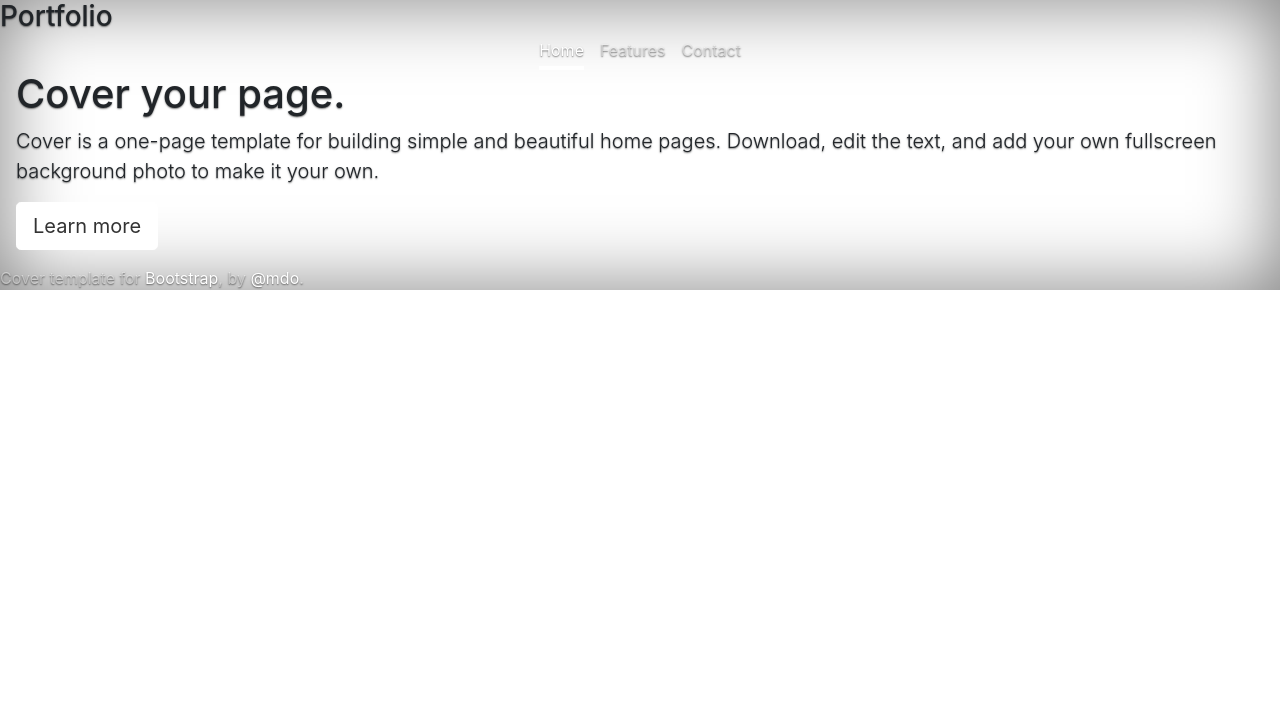
Repository: Shlahla48/zaio-bootstrap-portfolio
Page: index.html
The author's editor kept a copy of each file at every save. The page is drawn from the files as they stood at one save, then again after the next save.
The browser window is 1280 px wide. The pictures show the whole page.

Above is the page before, as saved 2022-10-10 13:53:28.

After the next save:
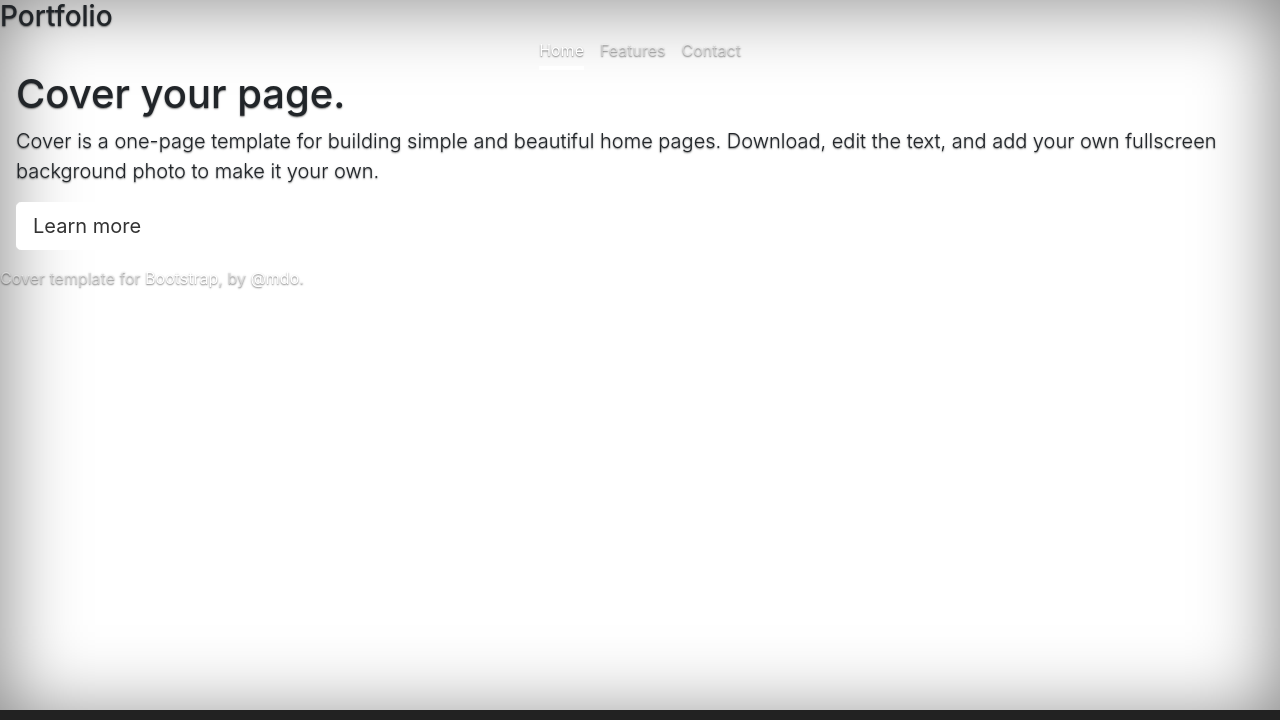
Not found: assets/bgimage.jpg
Saved 13 min 54 s later.
--- a/cover.css
+++ b/cover.css
@@ -19,6 +19,26 @@
 body {
   text-shadow: 0 .05rem .1rem rgba(0, 0, 0, .5);
   box-shadow: inset 0 0 5rem rgba(0, 0, 0, .5);
+}
+
+.banner-wrap {
+  background-image: url(./assets/bgimage.jpg);
+  background-size: cover;
+  background-repeat: no-repeat;
+  background-position: center;
+  height: 100vh;
+  border-bottom: 10px solid #222222;
+  position: relative;
+z-index: 1;
+}
+.overlay {
+ z-index: -1;
+  height: 100%;
+  width: 100%;
+  background: black;
+  opacity: 60%;
+  position: absolute;
+  top: 0;
 }
 
 .cover-container {

After the save that followed:
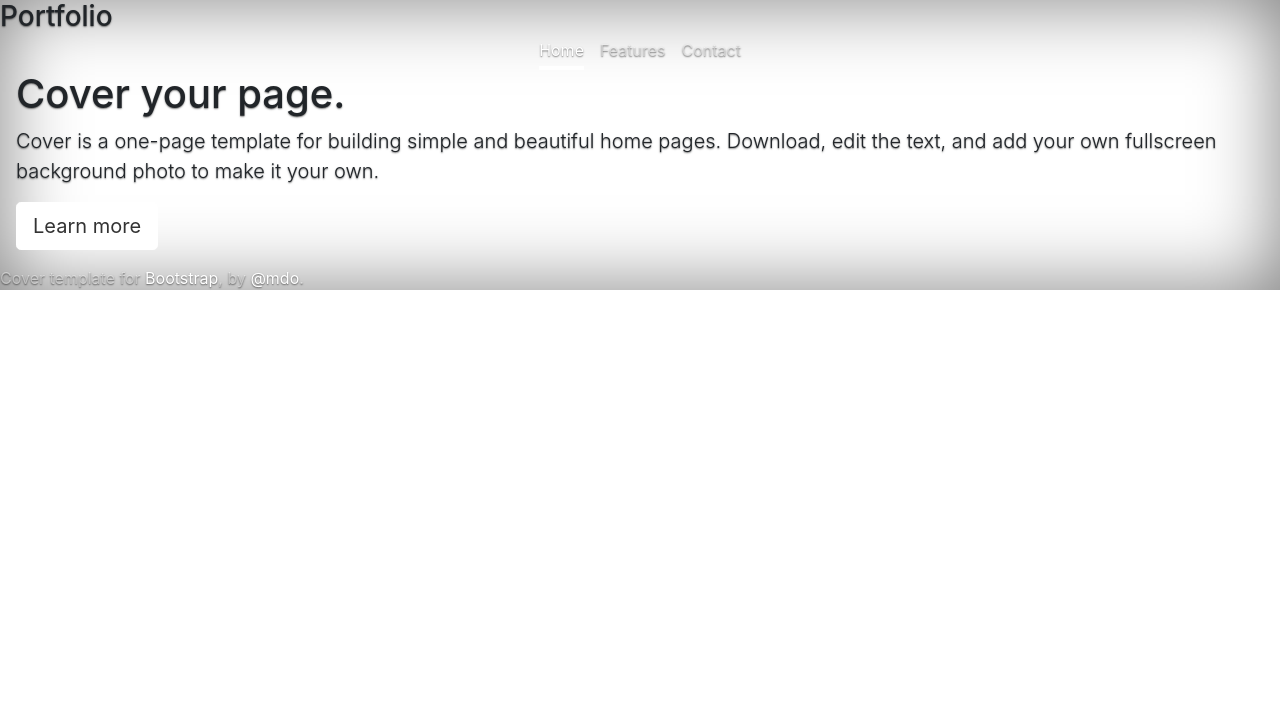
Saved 33 s later.
--- a/cover.css
+++ b/cover.css
@@ -21,25 +21,7 @@
   box-shadow: inset 0 0 5rem rgba(0, 0, 0, .5);
 }
 
-.banner-wrap {
-  background-image: url(./assets/bgimage.jpg);
-  background-size: cover;
-  background-repeat: no-repeat;
-  background-position: center;
-  height: 100vh;
-  border-bottom: 10px solid #222222;
-  position: relative;
-z-index: 1;
-}
-.overlay {
- z-index: -1;
-  height: 100%;
-  width: 100%;
-  background: black;
-  opacity: 60%;
-  position: absolute;
-  top: 0;
-}
+
 
 .cover-container {
   max-width: 42em;
